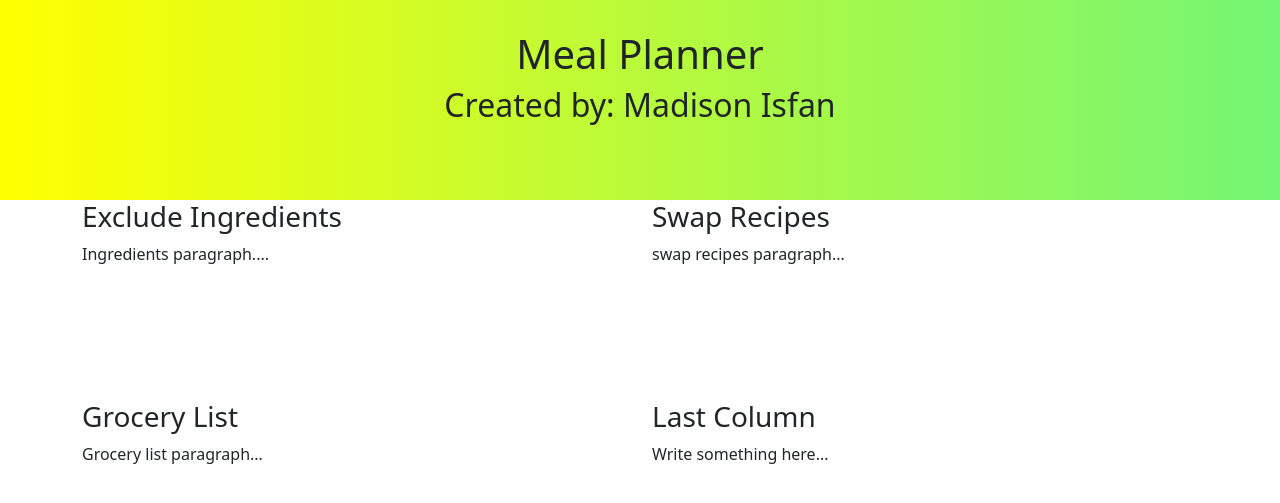
Repository: madisonisfan/Meal-Planner
Page: index.html
An editor plug-in stored every save of this project. The page is shown before and after the next save, followed by the edit.
The browser window is 1280 px wide. The pictures show the whole page.
Some web fonts or font styles are not loaded; a fallback is used. Some web libraries are served in a nearby version.

Above is the page before, as saved 2021-02-17 16:31:41.

### index.html
<!DOCTYPE html>
<head>

    <meta charset="utf-8"/>
    <meta name="viewport" content="width=device-width, initial-scale=1"/>

    <link rel="stylesheet" href="node_modules/bootstrap/dist/css/bootstrap.min.css" />

    <link rel="stylesheet" href="https://font.googleapis.com/css?family=Indie+Flower"/>
    <link rel="stylesheet" href="css/styles.css"/>
    <title> Meal Planner </title>
</head>

<body>

    <header class="jumbotron">
        <div class="container">
            <div class="row row-content ">
                <div class="col text-center">
                    <h1>Meal Planner</h1>
                    <h2>Created by: Madison Isfan</h2>
                </div>
            </div>
        </div>

    </header>

    <div class="container  ">
        <div class="row row-content">
            <div class="col-6">
                <h3>Exclude Ingredients</h3>
                <p>Ingredients paragraph....</p>
            </div>
            <div class="col-6">
                <h3>Swap Recipes</h3>
                <p>swap recipes paragraph...</p>
            </div>
        </div>

        <div class="row row-content">
            <div class="col">
                <h3>Grocery List</h3>
                <p>Grocery list paragraph...</p>
            </div>
            <div class="col">
                <h3>Last Column</h3>
                <p>Write something here...</p>
            </div>
        </div>


    </div> <!--End of container-->


    <script src="node_modules/jquery/dist/jquery.slim.min.js"></script>
    <script src="node_modules/popper.js/dist/umd/popper.min.js"></script>
    <script src="node_modules/bootstrap/dist/js/bootstrap.min.js"></script>
</body>


</html>

### css/styles.css
header {
  height: 200px;
}

.row-content {
  min-height: 200px;
}

.jumbotron {
  padding: 30px;
  background-image: linear-gradient(to right, yellow, rgb(116, 245, 116));
}

After the next save:
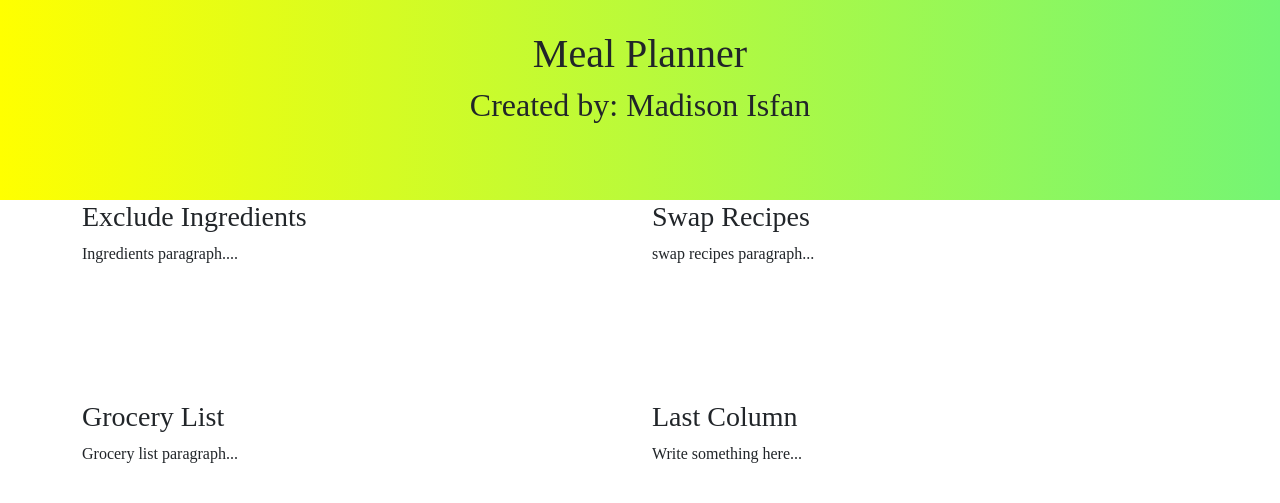
Saved 22 s later.
--- a/css/styles.css
+++ b/css/styles.css
@@ -1,5 +1,8 @@
 header {
   height: 200px;
+}
+body {
+  font-family: "Indie Flower";
 }
 
 .row-content {
